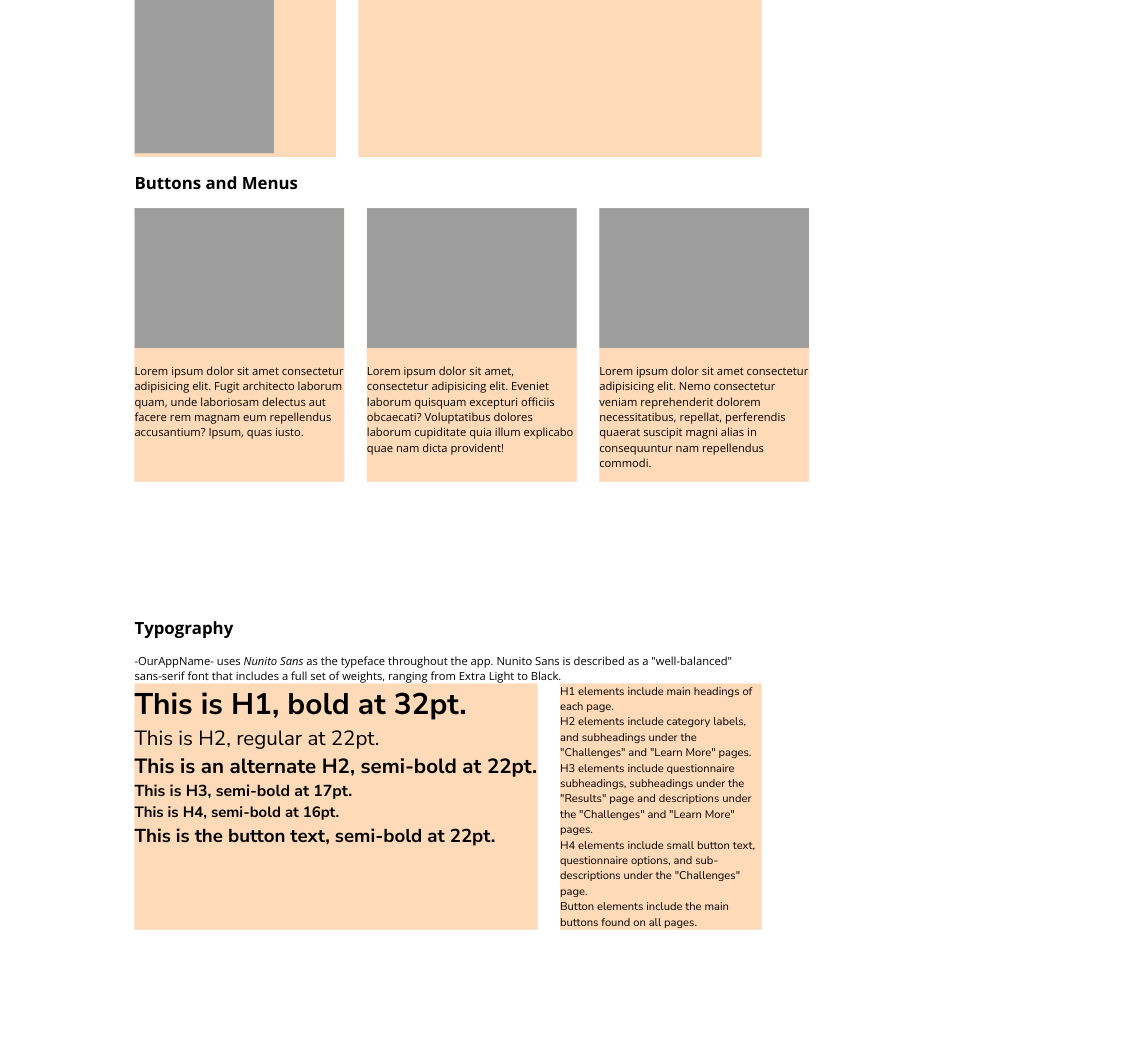
Repository: seohyun9672/Timearth-A6Styleguide
Page: page2.html
An editor plug-in stored every save of this project. The page is shown before and after the next save, followed by the edit.
The browser window is 1280 px wide. The page is 1632 px wide, so the pictures cover 1632 px, including what lies to the right of the window. The pictures show the part of the page from y = 936 to 2456 px (the page is 2456 px tall before and 2360 px after), at 70% of full size.
Pictures or frames that could not be fetched are drawn as grey boxes.

Above is the page before, as saved 2022-03-20 20:06:26.

### page2.html
<!DOCTYPE html>
<html lang="en">
  <head>
    <meta charset="UTF-8" />
    <meta http-equiv="X-UA-Compatible" content="IE=edge" />
    <meta name="viewport" content="width=device-width, initial-scale=1.0" />
    <title>Document</title>
    <link rel="stylesheet" href="stylesheet.css" />
  </head>

  <body>
    <ul class="navbar">
      <li><a href="/page1.html">App Name</a></li>
      <div class="navbar-active">
        <li><a href="/page1.html">Logo</a></li>
        <li><a href="/page2.html">Colour & Typography</a></li>
        <li><a href="/page3.html">Imagery & Graphics</a></li>
        <li><a href="/ref.html">Reference</a></li>
      </div>
    </ul>
    <section class="color-palette page2">
      <h1>Color Palette</h1>
      <img class="palette" src="https://placekitten.com/1440/100" />
      <div>
        <h2>Description of colour palette</h2>
        <p>
          Lorem ipsum dolor sit amet, consectetur adipisicing elit. Culpa neque
          mollitia quae asperiores ad odit vitae iste minima totam harum
          distinctio qui beatae ea ut et adipisci, excepturi at iusto
          reprehenderit reiciendis fugit fuga nisi. Eligendi ut magni adipisci
          nulla architecto reprehenderit? Nemo eos accusamus optio nobis
          distinctio veritatis eius.
        </p>
      </div>
      <div></div>
      <div class="col-2">
        <div class="col">
          <img src="https://placekitten.com/200/600" />
        </div>
        <div class="col">Lorem ipsum dolor sit amet consectetur adipisicing elit. Corrupti laudantium illo iure alias recusandae accusamus reiciendis consequatur aliquid sint veritatis modi dolores, eveniet porro tempore similique aspernatur. Quas, hic quo sed necessitatibus illum suscipit molestiae consequuntur sit provident nobis ullam repellat obcaecati ipsa quos in cumque mollitia eius ratione facilis ut libero laboriosam tempora eum sint! Nisi sapiente veritatis ad iure esse magni reprehenderit odio non perferendis, sed recusandae beatae corporis quasi ipsam assumenda unde!</div>
      </div>
      <h2>Buttons and Menus</h2>
      <div class="col-3">
        <div class="col">
          <img src="https://placekitten.com/300/200" />
          <p>
            Lorem ipsum dolor sit amet consectetur adipisicing elit. Fugit
            architecto laborum quam, unde laboriosam delectus aut facere rem
            magnam eum repellendus accusantium? Ipsum, quas iusto.
          </p>
        </div>
        <div class="col">
          <img src="https://placekitten.com/300/200" />
          <p>
            Lorem ipsum dolor sit amet, consectetur adipisicing elit. Eveniet
            laborum quisquam excepturi officiis obcaecati? Voluptatibus dolores
            laborum cupiditate quia illum explicabo quae nam dicta provident!
          </p>
        </div>
        <div class="col">
          <img src="https://placekitten.com/300/200" />
          <p>
            Lorem ipsum dolor sit amet consectetur adipisicing elit. Nemo
            consectetur veniam reprehenderit dolorem necessitatibus, repellat,
            perferendis quaerat suscipit magni alias in consequuntur nam
            repellendus commodi.
          </p>
        </div>
      </div>
    </section>
    <section class="typo page2">
      <h1>Typography</h1>
      <div>
        -OurAppName- uses <em>Nunito Sans</em> as the typeface throughout the
        app. Nunito Sans is described as a "well-balanced" sans-serif font that includes a full set of weights, ranging from Extra Light to Black.
      </div>
      <div class="col-2-font">
        <div class="col nunito">
            <div class="nh1">This is H1, bold at 32pt.</div>

            <div class="nh2">This is H2, regular at 22pt.</div>

            <div class="nh2-2">This is an alternate H2, semi-bold at 22pt.</div>

            <div class="nh3">This is H3, semi-bold at 17pt.</div>

            <div class="nh4">This is H4, semi-bold at 16pt.</div>

            <div class="nbtn">This is the button text, semi-bold at 22pt.</div>
        </div>
        <div class="col nunito">
          H1 elements include main headings of each page. <br>
          H2 elements include category labels, and subheadings under the "Challenges" and "Learn More" pages.<br>
          H3 elements include questionnaire subheadings, subheadings under the "Results" page and descriptions under the "Challenges" and "Learn More" pages. <br>
          H4 elements include small button text, questionnaire options, and sub-descriptions under the "Challenges" page. <br>
          Button elements include the main buttons found on all pages. <br>
        </div>
      </div>
    </section>
  </body>
</html>

### stylesheet.css
/* import fonts */
@import url('https://fonts.googleapis.com/css2?family=Nunito+Sans:ital,wght@0,200;0,300;0,400;0,600;0,700;0,800;0,900;1,200;1,300;1,400;1,600;1,700;1,800;1,900&family=Open+Sans:ital,wght@0,300;0,400;0,500;0,600;0,700;0,800;1,300;1,400;1,500;1,600;1,700;1,800&display=swap');

body{
    margin: 0;
    font-family: 'open sans', san-serif;
  }

/* NAVBAR */

ul {
  list-style-type: none;
  margin: 0;
  padding: 0;
  overflow: hidden;
  background-color: #333;
}

li {
  float: left;
}

li a {
  display: block;
  color: white;
  text-align: center;
  padding: 14px 16px;
  text-decoration: none;
}

li a:hover {
  background-color: #111;
}

.navbar-active{
    float: right;
}

/* LOGO */

.section-logo {
    display: flex;
    flex-direction: column;
    justify-content: flex-start;
    align-items: center;
}

.logo-description {
    display: flex;
}
.logo-variation {
    display: flex;
    justify-content: space-evenly;
}

.logo-colourpalette {
    display: flex;
    width: 100%;
    justify-content: space-between;
}

.section-cont {
    width: 940px;
}
.colour-cont {
    display: flex;
    flex-direction: column;
}
.colour-name {
    font-weight: bold;
}

.logo-typography {
    display: flex;
}

.logo-usage {
    display: flex;
    flex-direction: column;
}

.logo-usage-desc {
    display: flex;
}

.section-cont colour {
    display: flex;
}

/* page 2 */

.page2 {
    margin:12em;
}
.col-3 {
    display:grid;
    grid-template-columns: 1fr 1fr 1fr;
    grid-gap:2em;
}
.col-2 {
    display:grid;
    grid-template-columns: 1fr 2fr;
    grid-gap:2em;
}
.col-2-font {
    display:grid;
    grid-template-columns: 2fr 1fr;
    grid-gap:2em;
}
.col {
    background-color:peachpuff;
}
.nunito {
    font-family: 'nunito sans', Arial, Helvetica, sans-serif;
}
.nh1 {
    font-weight: bold;
    font-size:32pt;
}
.nh2 {
    font-size:22pt;
}
.nh2-2 {
    font-size:22pt;
    font-weight:bolder;
}
.nh3 {
    font-size:17pt;
    font-weight:bolder;
}
.nh4 {
    font-size:16pt;
    font-weight:bolder;
}
.nbtn {
    font-size:20pt;
    font-weight:bolder;
}

After the next save:
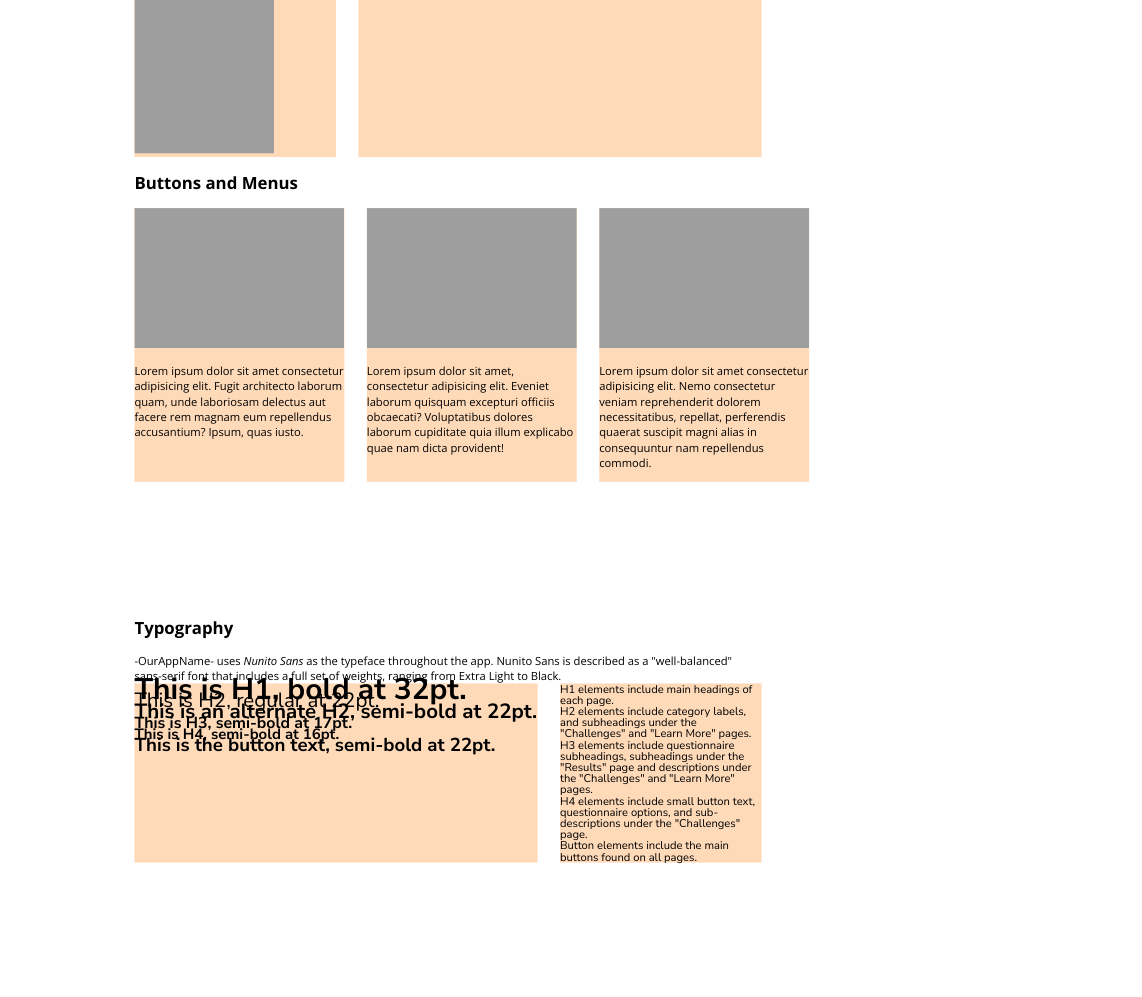
Saved 14 s later.
--- a/stylesheet.css
+++ b/stylesheet.css
@@ -112,6 +112,7 @@
 }
 .nunito {
     font-family: 'nunito sans', Arial, Helvetica, sans-serif;
+    line-height: 1em;
 }
 .nh1 {
     font-weight: bold;

After the save that followed:
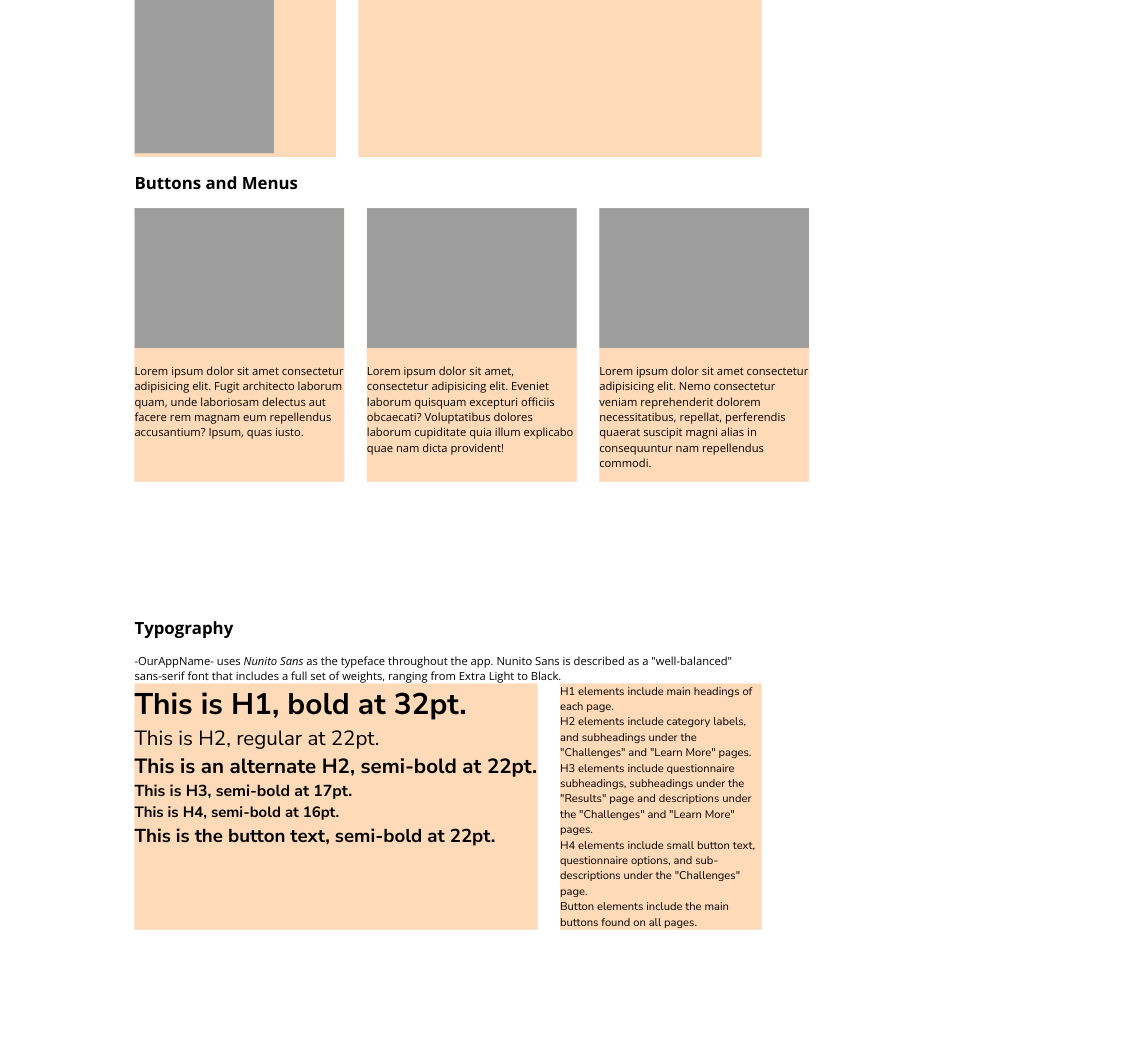
Saved 12 s later.
--- a/stylesheet.css
+++ b/stylesheet.css
@@ -112,7 +112,6 @@
 }
 .nunito {
     font-family: 'nunito sans', Arial, Helvetica, sans-serif;
-    line-height: 1em;
 }
 .nh1 {
     font-weight: bold;
